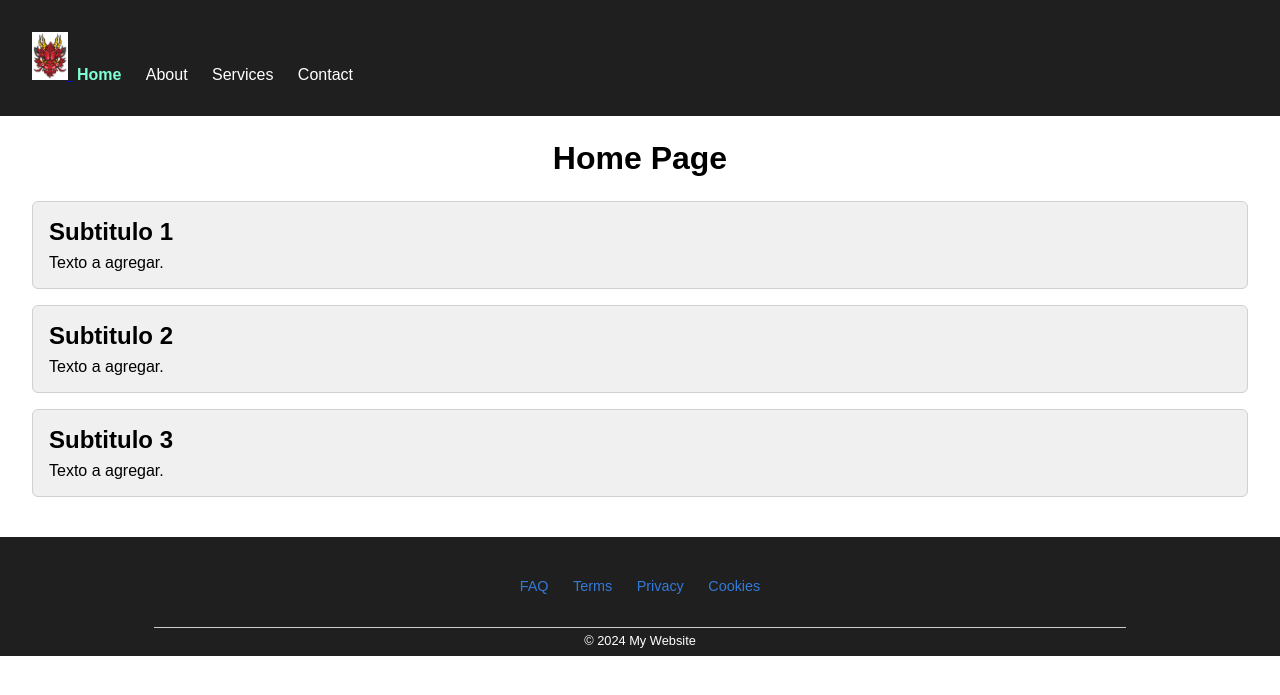
Repository: andreamm-lab/basic-navigation-example-2025-10
Page: index.html
An editor plug-in stored every save of this project. The page is shown before and after the next save, followed by the edit.
The browser window is 1280 px wide. The pictures show the whole page.

Above is the page before, as saved 2025-11-06 18:58:25.

### index.html
<!DOCTYPE html>
<html lang="en">
<head>
    <meta charset="UTF-8">
    <meta name="viewport" content="width=device-width, initial-scale=1.0">
    <title>Basic Nav Example</title>
    <link rel="stylesheet" href="./main.css">
</head>
<body>
    <header>
        <!--Primary navigation-->
        <nav aria-label="Primary navigation">
            <a href="index.html">
                <img src="images/dragon.png" alt="Dragon logo">
            </a>
            <span class="spacer"></span>
            <ul>
                <li><a href="index.html" class="current">Home</a></li>
                <li><a href="pages/about.html">About</a></li>
                <li><a href="pages/services.html">Services</a></li>
                <li><a href="pages/contact.html">Contact</a></li>
            </ul>
        </nav>
    </header>

    <main class="home-main">
        <h1 id="page-title">Home Page</h1>

        <div class="card-grid">
            <article class="card">
                <h2>Subtitulo 1</h2>
                <p>Texto a agregar.</p>
            </article>
            <article class="card">
                <h2>Subtitulo 2</h2>
                <p>Texto a agregar.</p>
            </article>
            <article class="card">
                <h2>Subtitulo 3</h2>
                <p>Texto a agregar.</p>
            </article>
        </div>
    </main>

    <!--Footer navigation-->
    <footer id="main-footer">
        <nav aria-label="Footer navigation">
            <ul>
                <li><a href="#">FAQ</a></li>
                <li><a href="#">Terms</a></li>
                <li><a href="#">Privacy</a></li>
                <li><a href="#">Cookies</a></li>
            </ul>
        </nav>
        <hr class="footer-line">
        <p>© 2024 My Website</p>
    </footer>
</body>
</html>

### main.css
/* 1.---------------------------------- General Setup ------------------------------------*/

* {
    box-sizing: border-box; /* How to calculate dimensiones */
    margin: 0; /* Distance beetween words */
    padding: 0; /* viñetas */
}

/* All Font Page */
body {
    font-family: Arial, Helvetica, sans-serif;
    background-color: #ffffff;
    color: #000;
}



/* 2.--------------------------- Header - Upper Menu - Encabezado -----------------------------*/

/* background box and colors */
nav {
    padding: 32px 32px;
    min-height: 80px;
    background-color: #1F1F1F;
}

/* Icon */
nav img {
    max-height: 48px;
    background-color: white;
}

/* Top Horizontal Menu */
/* Aligning calculation*/
.spacer {
    display: inline-block;
    width: calc(10% - 40px - 320px);
}

/* Text Relation with image */
nav ul {
    list-style: none;
    display: inline-block;
    vertical-align: bottom;
}

/* Words Distribution */

nav ul li {
    display: inline-block;
    margin-right: 20px;
}

nav ul li:last-child {
    margin-right: 0;
}

nav ul li a {
    text-decoration: none;
}

nav ul li a:link,
nav ul li a:visited {
    color: white;
}

nav ul li a.current {
    color: aquamarine;
    font-weight: bold;
}

nav ul li a:hover {
    color: rgb(92, 229, 0);
}

/*--------------------------- Body - White Space -----------------------------*/

main {
    display: block;
    padding: 24px 32px;
    min-height: 400px;
}



/* Home Page Title */
#page-title {
    font-size: 2rem;
}

.home-main h1 {
    text-align: center;
    margin-bottom: 24px;
}

/* text cards */
.card-grid {
    display: block; /* vertical align */
}

.card {
    background-color: #f0f0f0;
    border: 1px solid #d0d0d0;
    border-radius: 6px;
    padding: 16px;
    margin-bottom: 16px;
}

.card h2 {
    margin-bottom: 8px;
}

/* Side menu on Services */
.page {
    display: block;
}

.main-content {
    display: inline-block;
    width: 69%;
    vertical-align: top;
}

.side-nav {
    display: inline-block;
    width: 28%;
    background-color: #2a2a2a;
    color: #fff;
    margin-left: 1%;
    padding: 16px;
    min-height: 320px;
    border: 1px solid #000;
}

.side-nav h2 {
    margin-bottom: 12px;
}

.side-nav ul {
    list-style: none;
}

.side-nav ul li {
    margin-bottom: 8px;
    display: block;
}

.side-nav ul li a {
    color: #4bb4ff;
    text-decoration: none;
}

.side-nav ul li a:hover {
    text-decoration: underline;
}

/* footer */

/* FAQ, Terms, etc. */

#main-footer nav ul {
    display: inline-block;
    list-style: none;
    margin-bottom: 0px; /* Distance between FAQ text and white line */
}

#main-footer nav ul li {
    display: inline-block;
    margin: 0 10px; /*Distance between words in footer: FAQ, Terms, etc. */
}

#main-footer nav ul li a {
    color: rgb(51, 122, 216); /* Text color */
    text-decoration: none;
    font-size: 0.9rem;
}

/* Last Line Text: My Website */
#main-footer {
    background-color: #1F1F1F;
    color: rgb(255, 255, 255);
    text-align: center;
    padding: 8px 32px; /* 1st number: inferior margin | 2nd: weight and it affects the line also. */
}


#main-footer p {
    font-size: 0.8rem; /* Font size. 'P' is necesary because */
}



.footer-line {
  border: none;
  border-top: 1px solid #ccc;
  margin: 0px auto 5px;
  width: 80%;
}

After the next save:
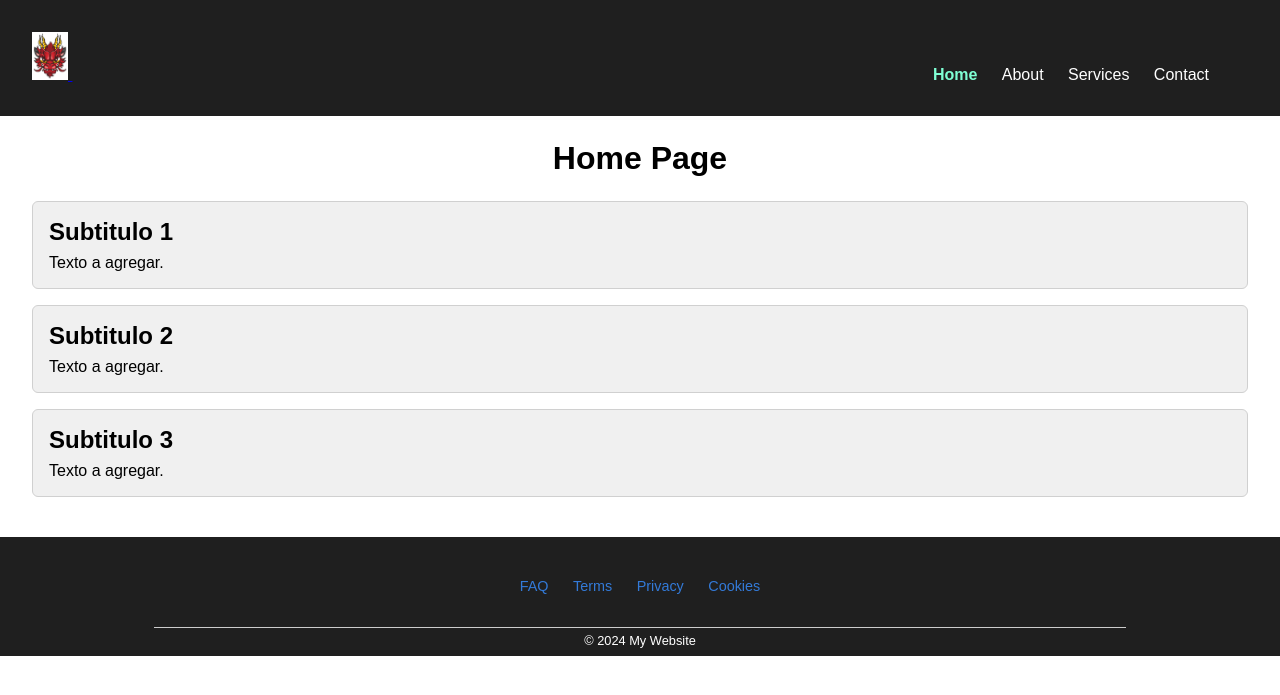
Saved 2 min 21 s later.
--- a/main.css
+++ b/main.css
@@ -34,7 +34,7 @@ nav img {
 /* Aligning calculation*/
 .spacer {
     display: inline-block;
-    width: calc(10% - 40px - 320px);
+    width: calc(100% - 40px - 320px);
 }
 
 /* Text Relation with image */
